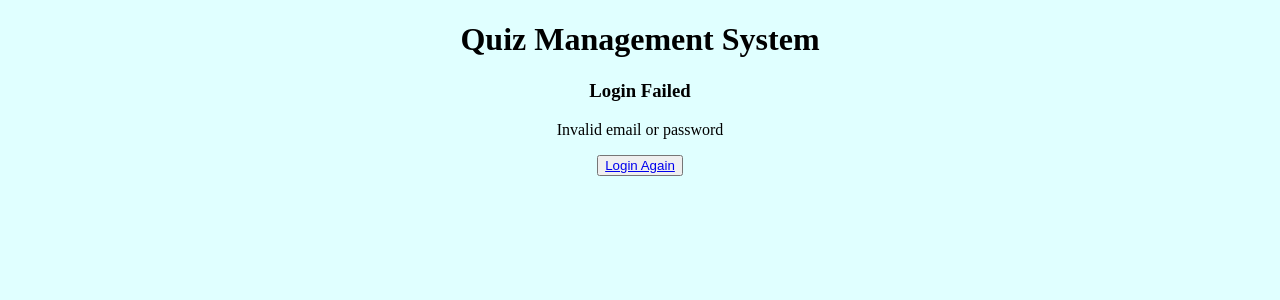
Repository: Rohitsenpai01/Quiz-Manangement-System
Page: http://localhost/WebQuizApp/login.jsp
These files come from the project's save history. The page is drawn as it stood at one moment and after the next save; the edit follows.
The browser window is 1280 px wide. The pictures show the whole page.
The page is served by Tomcat 9. Queries for data that is not in the repository find no rows.

Above is the page before, as saved 2025-12-29 05:57:08.

After the next save:
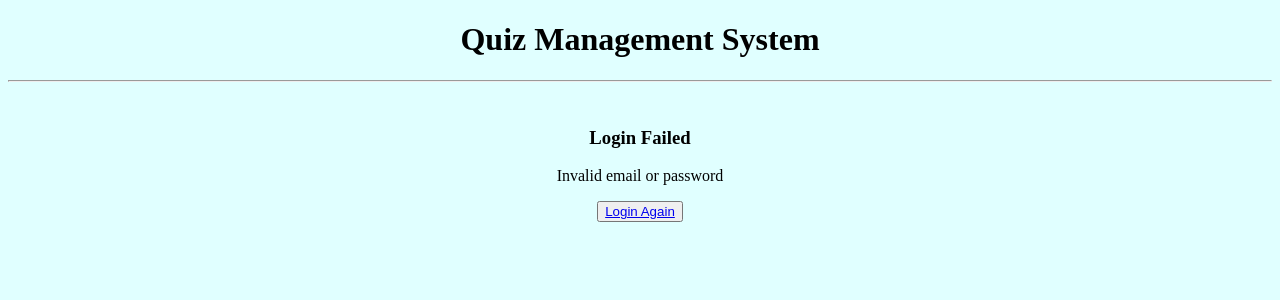
Saved 16 s later.
--- a/WebQuizApp/WebQuizApp/src/main/webapp/login.jsp
+++ b/WebQuizApp/WebQuizApp/src/main/webapp/login.jsp
@@ -9,7 +9,7 @@
 <title>Insert title here</title>
 </head>
 <body bgcolor="${initParam.theme}">
-	<h1 style="text-align: center;">${initParam.appTitle}</h1>
+	<h1 style="text-align: center;">${initParam.appTitle}</h1><hr><br>
 	<jsp:useBean id="lp" class="com.app.beans.LoginBean" scope="session"/>
 	<jsp:setProperty name="lp" property="*"/>
 	${lp.autheticate()}
